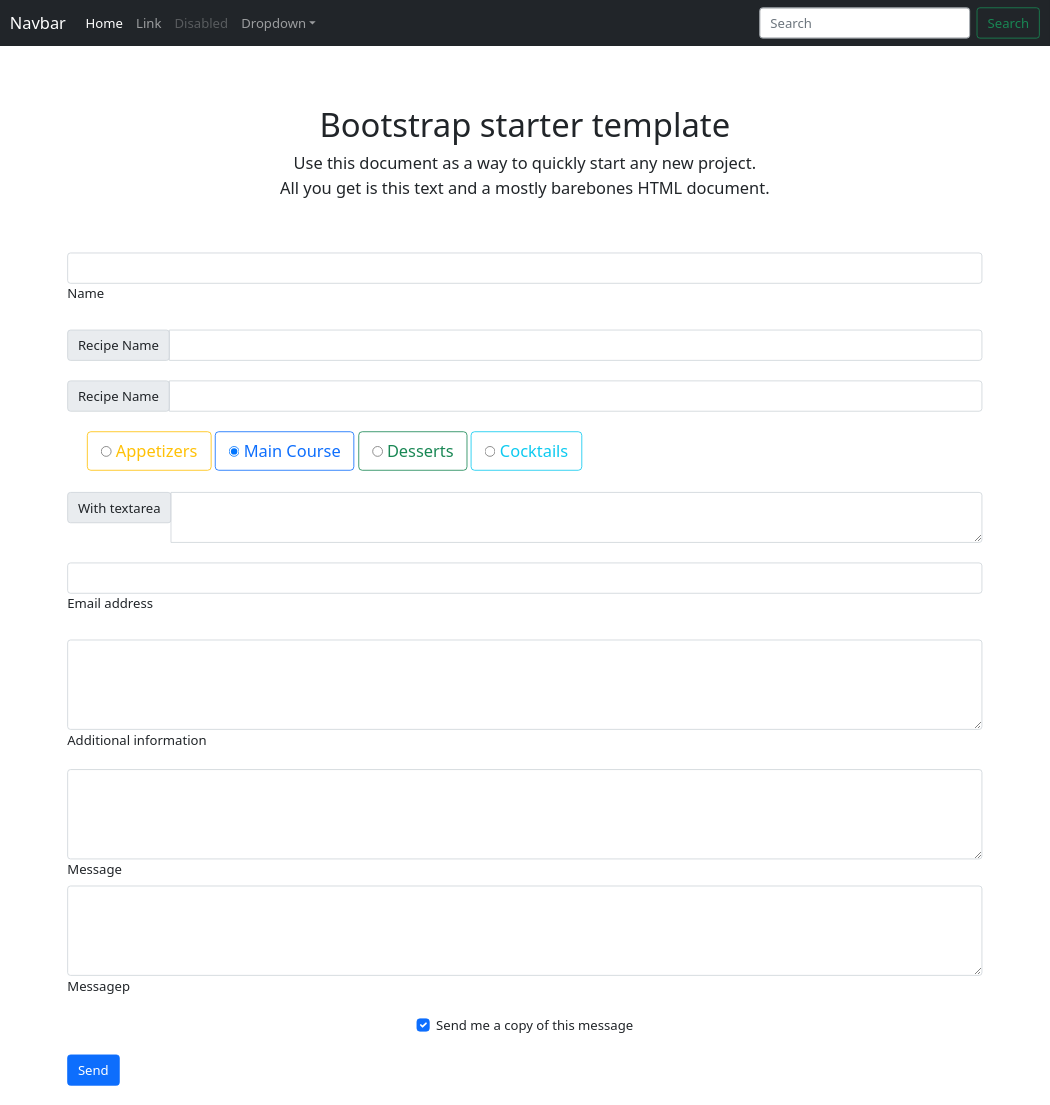
Repository: jerrywthompson/createRecipeWebpageHTML
Page: index.html
These files come from the project's save history. The page is drawn as it stood at one moment and after the next save; the edit follows.
The browser window is 1280 px wide. The pictures show the whole page, at 82% of full size.

Above is the page before, as saved 2021-02-23 22:11:03.

### index.html
<!doctype html>
<html lang="en">
    <head>
        <meta charset="utf-8">
        <meta name="viewport" content="width=device-width, initial-scale=1">
        <meta name="description" content="">
        <meta name="author" content="Mark Otto, Jacob Thornton, and Bootstrap contributors">
        <meta name="generator" content="Hugo 0.80.0">
        <title>Starter Template · Bootstrap v5.0</title>

        <link rel="canonical" href="https://getbootstrap.com/docs/5.0/examples/starter-template/">



        <!-- Bootstrap core CSS -->
        <link href="../assets/dist/css/bootstrap.min.css" rel="stylesheet">

        <style>
            .bd-placeholder-img {
                font-size: 1.125rem;
                text-anchor: middle;
                -webkit-user-select: none;
                -moz-user-select: none;
                user-select: none;
            }

            @media (min-width: 768px) {
                .bd-placeholder-img-lg {
                    font-size: 3.5rem;
                }
            }
        </style>


        <!-- Custom styles for this template -->
        <link href="starter-template.css" rel="stylesheet">
    </head>
    <body>

        <nav class="navbar navbar-expand-md navbar-dark bg-dark fixed-top">
            <div class="container-fluid">
                <a class="navbar-brand" href="#">Navbar</a>
                <button class="navbar-toggler" type="button" data-bs-toggle="collapse" data-bs-target="#navbarsExampleDefault" aria-controls="navbarsExampleDefault" aria-expanded="false" aria-label="Toggle navigation">
                    <span class="navbar-toggler-icon"></span>
                </button>

                <div class="collapse navbar-collapse" id="navbarsExampleDefault">
                    <ul class="navbar-nav me-auto mb-2 mb-md-0">
                        <li class="nav-item">
                            <a class="nav-link active" aria-current="page" href="#">Home</a>
                        </li>
                        <li class="nav-item">
                            <a class="nav-link" href="#">Link</a>
                        </li>
                        <li class="nav-item">
                            <a class="nav-link disabled" href="#" tabindex="-1" aria-disabled="true">Disabled</a>
                        </li>
                        <li class="nav-item dropdown">
                            <a class="nav-link dropdown-toggle" href="#" id="dropdown01" data-bs-toggle="dropdown" aria-expanded="false">Dropdown</a>
                            <ul class="dropdown-menu" aria-labelledby="dropdown01">
                                <li><a class="dropdown-item" href="#">Action</a></li>
                                <li><a class="dropdown-item" href="#">Another action</a></li>
                                <li><a class="dropdown-item" href="#">Something else here</a></li>
                            </ul>
                        </li>
                    </ul>
                    <form class="d-flex">
                        <input class="form-control me-2" type="search" placeholder="Search" aria-label="Search">
                        <button class="btn btn-outline-success" type="submit">Search</button>
                    </form>
                </div>
            </div>
        </nav>



        <div class="starter-template text-center py-5 px-3">
            <h1>Bootstrap starter template</h1>
            <p class="lead">Use this document as a way to quickly start any new project.<br> All you get is this text and a mostly barebones HTML document.</p>
        </div>
        <main class="container">
            <div class="input-section">
                <fieldset class="form-group">

                    <form action="test.php" method="post">
                        <!-- Name input -->
                        <div class="form-outline mb-4">
                            <input type="text" name="recipeName" id="form4Example1" class="form-control" />
                            <label class="form-label" for="form4Example1">Name</label>
                        </div>

                        <div class="input-group mb-4">
                            <div class="input-group-prepend">
                                <span class="input-group-text" id="inputGroup-sizing-default">Recipe Name</span>
                            </div>
                            <input type="text" name="notes" class="form-control" aria-label="Default" aria-describedby="inputGroup-sizing-default">
                        </div>

                        <div class="input-group mb-4">
                            <div class="input-group-prepend">
                                <span class="input-group-text" id="inputGroup-sizing-default">Recipe Name</span>
                            </div>
                            <input type="text" name="notes" class="form-control" aria-label="Default" aria-describedby="inputGroup-sizing-default">
                        </div>

                        <div class="input-group mb-4">
                            <div class="form-check">
                                <label class="btn btn-outline-warning btn-lg">
                                    <input type="radio" name="recipeType" id="appetizers" value="appetizers" autocomplete="off" > Appetizers
                                </label>
                                <label class="btn btn-outline-primary btn-lg">
                                    <input type="radio" name="recipeType" id="main_course" value="main_course" autocomplete="off" checked> Main Course
                                </label>
                                <label class="btn btn-outline-success btn-lg">
                                    <input type="radio" name="recipeType" id="desserts" value="desserts" autocomplete="off"> Desserts
                                </label>
                                <label class="btn btn-outline-info btn-lg">
                                    <input type="radio" name="recipeType" id="cocktails" value="cocktails" autocomplete="off"> Cocktails
                                </label>
                            </div>
                        </div>

                        <div class="input-group mb-4">
                            <div class="input-group-prepend">
                                <span class="input-group-text">With textarea</span>
                            </div>
                            <textarea class="form-control" name="comments" id="form4Example3"></textarea>
                        </div>

                        <!-- Email input -->
                        <div class="form-outline mb-4">
                            <input type="email" id="form4Example2" class="form-control" />
                            <label class="form-label" for="form4Example2">Email address</label>
                        </div>

                        <div class="form-outline mb-4">
                            <textarea class="form-control" id="form6Example7" rows="4"></textarea>
                            <label class="form-label-prepend" >Additional information</label>
                        </div>

                        <div class="form-outline">
                            <textarea class="form-control" id="textAreaExample" rows="4"></textarea>
                            <label class="form-label" for="textAreaExample">Message</label>
                          </div>

                        <!-- Message input -->
                        <div class="form-outline mb-4">
                            <textarea class="form-control" name="comments" id="form4Example3" rows="4"></textarea>
                            <label class="form-label-prepend" for="form4Example3">Messagep</label>
                        </div>

                        <!-- Checkbox -->
                        <div class="form-check d-flex justify-content-center mb-4">
                            <input
                                class="form-check-input me-2"
                                type="checkbox"
                                value=""
                                id="form4Example4"
                                checked
                                />
                            <label class="form-check-label" for="form4Example4">
                                Send me a copy of this message
                            </label>
                        </div>

                        <!-- Submit button -->
                        <button type="submit" class="btn btn-primary btn-block mb-4">Send</button>
                    </form>






                    <script src="../assets/dist/js/bootstrap.bundle.min.js"></script>


                    </body>
                    </html>
                    <a href="../flask_db4/flaskblog/templates/create_post.html"></a>

Loaded but not shown: assets/dist/css/bootstrap.min.css (library); starter-template.css (common file); assets/dist/js/bootstrap.bundle.min.js (library)

After the next save:
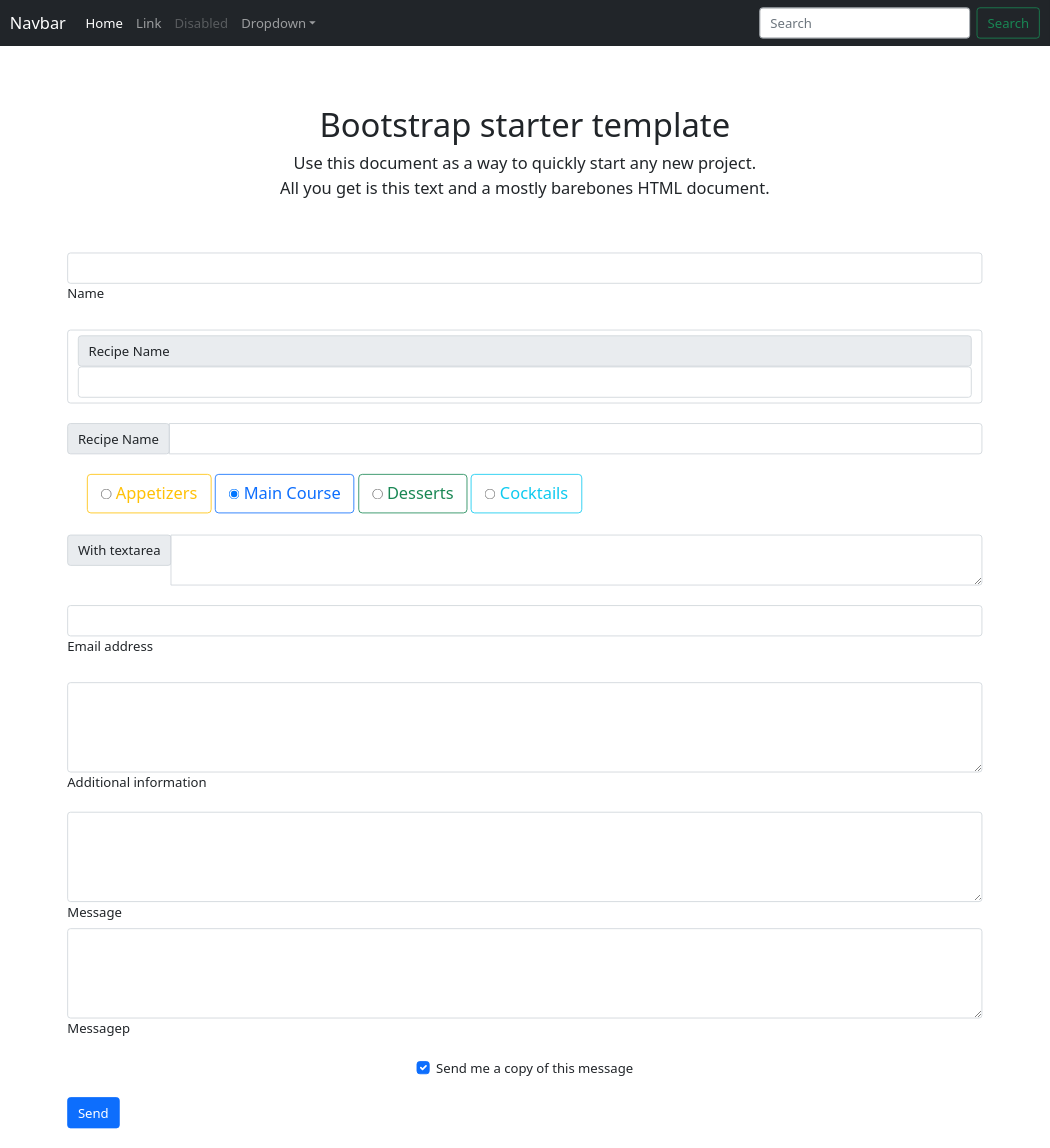
Saved 4 min 10 s later.
--- a/index.html
+++ b/index.html
@@ -89,7 +89,7 @@
                             <label class="form-label" for="form4Example1">Name</label>
                         </div>
 
-                        <div class="input-group mb-4">
+                        <div class="form-control mb-4">
                             <div class="input-group-prepend">
                                 <span class="input-group-text" id="inputGroup-sizing-default">Recipe Name</span>
                             </div>
